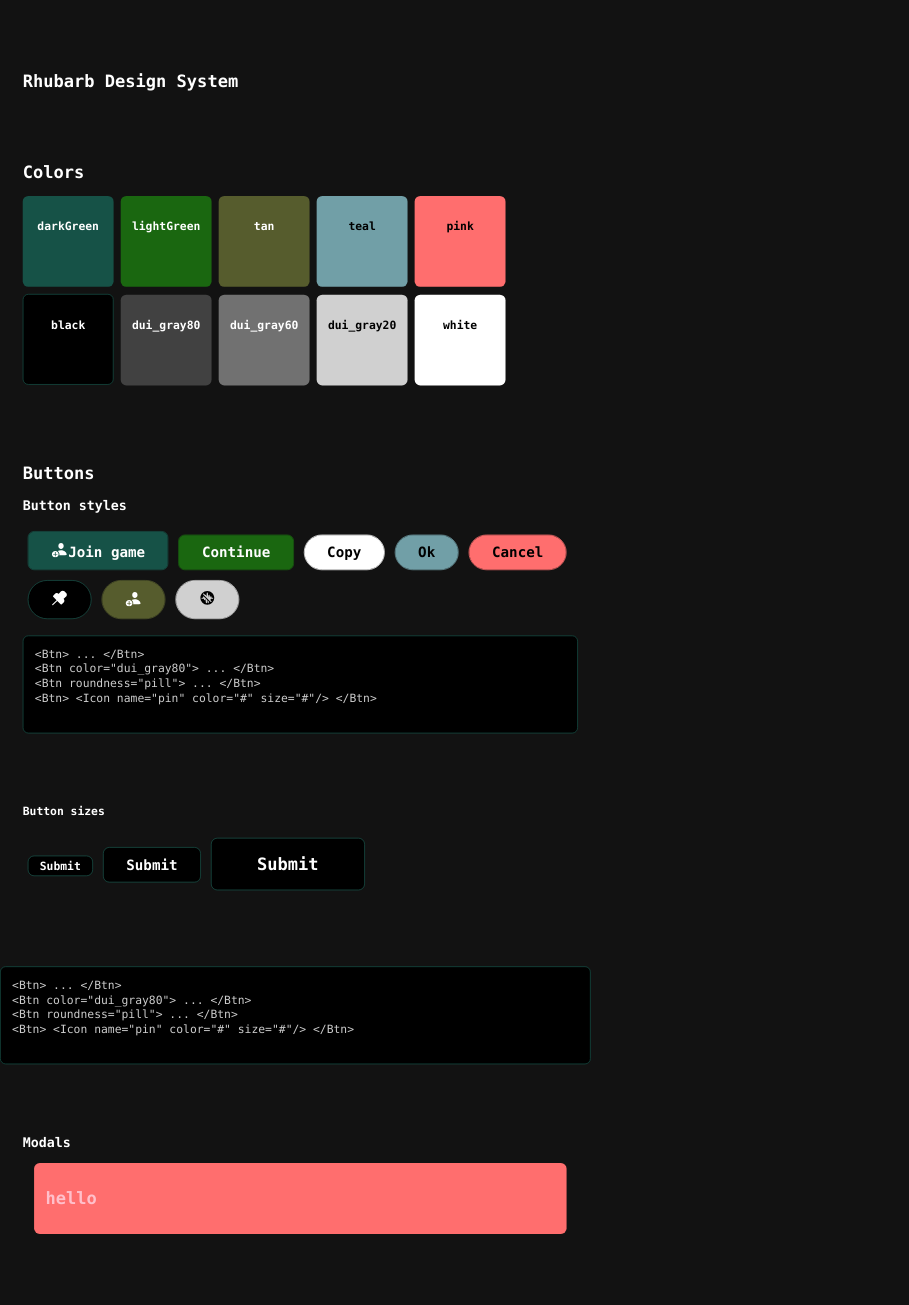
Repository: kttalley/designing-with-data_react-class
Page: / (app in lesson6_design-system-component-extension/)
An editor plug-in stored every save of this project. The page is shown before and after the next save, followed by the edit.
The browser window is 1280 px wide. The pictures show the whole page, at 71% of full size.
The project was rebuilt for these pictures with package versions that can differ from the ones it lists, and the page was loaded fresh each time. Imported but missing from the stored project, and not drawn on this page: lesson6_design-system-component-extension/src/Rhubarb/Input.

Above is the page before, as saved 2023-09-01 12:27:10.

After the next save:
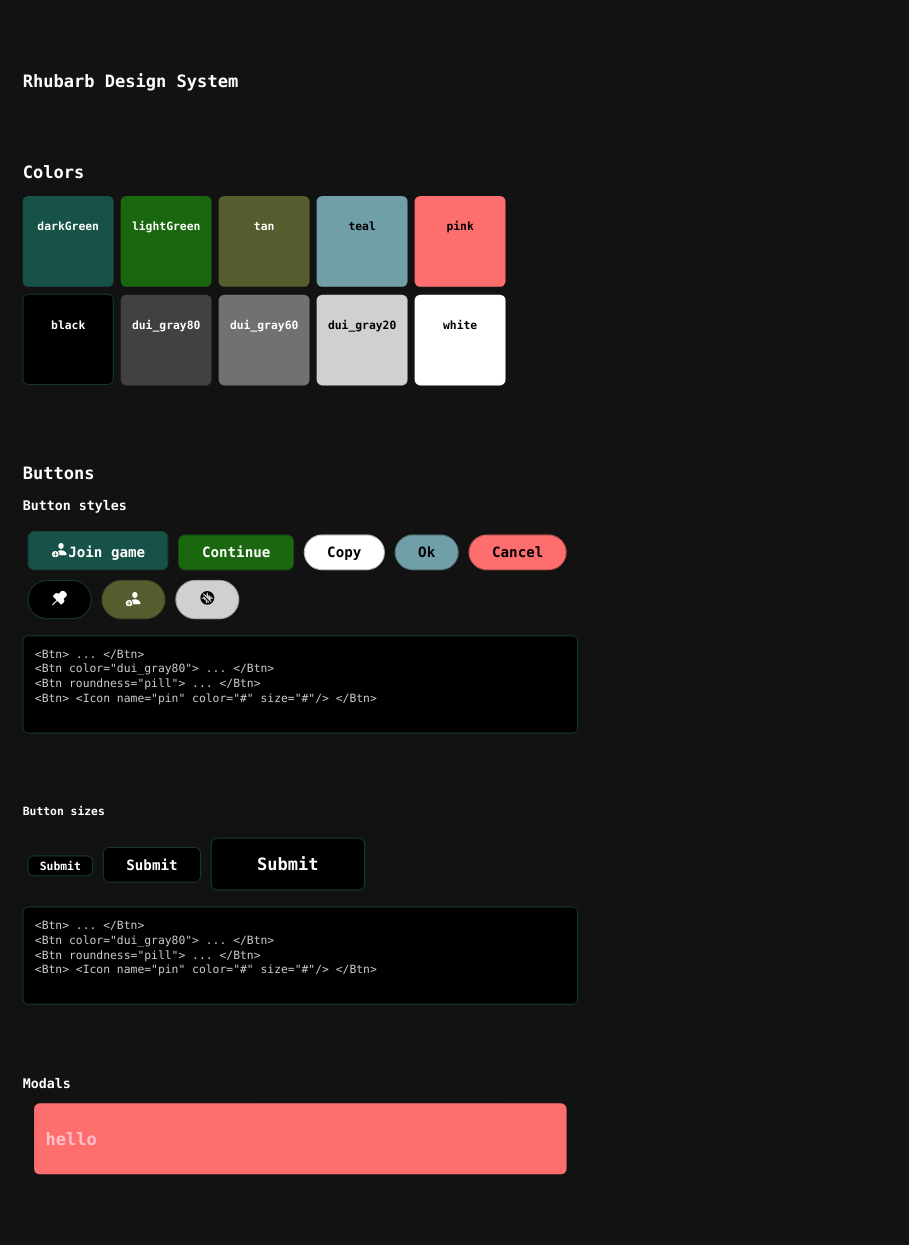
Saved 6 s later.
--- a/lesson6_design-system-component-extension/src/App.js
+++ b/lesson6_design-system-component-extension/src/App.js
@@ -67,8 +67,7 @@ class App extends Component {
           <Btn size="sm">Submit</Btn>
           <Btn>Submit</Btn>
           <Btn size="lg">Submit</Btn>
-        </DocsSection>
-         <DocsCodeBlock>
+           <DocsCodeBlock>
             {`<Btn> ... </Btn>
             <Btn color="dui_gray80"> ... </Btn>
             <Btn roundness="pill"> ... </Btn>
@@ -76,6 +75,8 @@ class App extends Component {
 
             `}
           </DocsCodeBlock>
+        </DocsSection>
+
 
         <DocsSection>
           <h3>Modals</h3>
